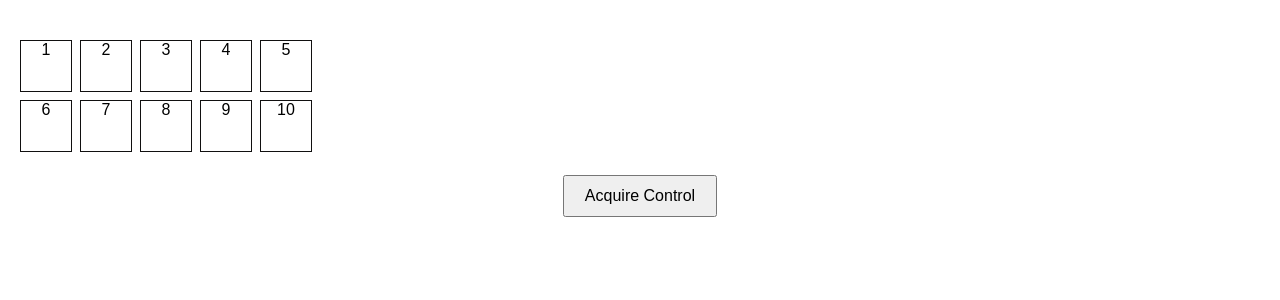
Repository: sahelipaul17/appYogi
Page: public/index.html
An editor plug-in stored every save of this project. The page is shown before and after the next save, followed by the edit.
The browser window is 1280 px wide. The pictures show the whole page.

Above is the page before, as saved 2023-07-28 09:42:28.

### public/index.html
<!DOCTYPE html>
<html lang="en">
<head>
  <meta charset="UTF-8">
  <meta name="viewport" content="width=device-width, initial-scale=1.0">
  <title>Remote Keyboard</title>
  <link rel="stylesheet" href="styles.css">
</head>
<body>
  <div class="keyboard">
    <div class="key" id="key1">1</div>
    <div class="key" id="key2">2</div>
    <div class="key" id="key3">3</div>
    <div class="key" id="key4">4</div>
    <div class="key" id="key5">5</div>
    <div class="key" id="key6">6</div>
    <div class="key" id="key7">7</div>
    <div class="key" id="key8">8</div>
    <div class="key" id="key9">9</div>
    <div class="key" id="key10">10</div>
  </div>
  <button id="acquireControlBtn">Acquire Control</button>
  <button id="releaseControlBtn" disabled>Release Control</button>

  <script src="https://code.jquery.com/jquery-3.6.0.min.js"></script>
  <script src="app.js"></script>
</body>
</html>

### public/styles.css
body {
    font-family: Arial, sans-serif;
    margin: 0;
    padding: 20px;
    text-align: center;
  }

  .keyboard {
    display: grid;
    grid-template-columns: repeat(5, 50px);
    grid-template-rows: repeat(2, 50px);
    gap: 10px;
    margin: 20px auto;
  }

  .key {
    width: 50px;
    height: 50px;
    background-color: white;
    border: 1px solid #111010;
    cursor: pointer;
    text-align: center;
  }

  .key.lit {
    background-color: red; /* Change to yellow for user 2 */
  }

  button {
    margin: 5px;
    padding: 10px 20px;
    font-size: 16px;
    cursor: pointer;
  }

  #releaseControlBtn {
    display: none; /* Hide the Release Control button initially */
  }

### public/app.js
$(document).ready(() => {
    const user = getUserFromQuery(); // Get the user from the query string
    let controlAcquired = false;

    // Function to get the user from the query string
    function getUserFromQuery() {
      const urlParams = new URLSearchParams(window.location.search);
      return urlParams.get('user');
    }

    // Function to handle acquiring control
    function acquireControl() {
      if (controlAcquired) return;
      $.post('/acquire-control', { user }, (data) => {
        if (data.success) {
          controlAcquired = true;
          $('#acquireControlBtn').prop('disabled', true);
          $('#releaseControlBtn').prop('disabled', false);
          pollServer();
        } else {
          console.log('Failed to acquire control. Control is currently held by another user.');
        }
      });
    }

    // Function to handle releasing control
    function releaseControl() {
      if (!controlAcquired) return;
      $.post('/acquire-control', { user: null }, (data) => {
        if (data.success) {
          controlAcquired = false;
          $('#acquireControlBtn').prop('disabled', false);
          $('#releaseControlBtn').prop('disabled', true);
        } else {
          console.log('Failed to release control. Something went wrong.');
        }
      });
    }

    // Function to update key state on the server
    function updateKeyState(key, state) {
      $.post('/update-key-state', { user, key, state }, (data) => {
        if (!data.success) {
          console.log('Failed to update key state. Make sure you have control.');
        }
      });
    }

    // Function to handle key click events
    function handleKeyClick(event) {
      const key = event.target.id;
      const currentState = $(event.target).hasClass('lit');

      if (currentState) {
        // Turn off the key
        updateKeyState(key, false);
      } else {
        // Turn on the key
        updateKeyState(key, true);
      }
    }

    // Function to handle keyboard click events
    function handleKeyboardClick(event) {
      if (controlAcquired) {
        handleKeyClick(event);
      } else {
        console.log('You need to acquire control first.');
      }
    }

    // Function to update the keyboard state based on the server response
    function updateKeyboardState(state) {
      // Loop through each key and update its state
      $('.key').each((index, element) => {
        const key = element.id;
        const isLit = state[key];
        if (isLit) {
          $(element).addClass('lit');
        } else {
          $(element).removeClass('lit');
        }
      });
    }

    // Attach click event listener to the keyboard
    $('.keyboard').on('click', '.key', handleKeyboardClick);

    // Periodically poll the server to update the keyboard state
    function pollServer() {
      // Send an Ajax request to the server to get the keyboard state
      $.get('/get-keyboard-state', (data) => {
        updateKeyboardState(data);
      });
    }

    // Button to acquire control
    $('#acquireControlBtn').click(acquireControl);

    // Button to release control
    $('#releaseControlBtn').click(releaseControl);
  });

After the next save:
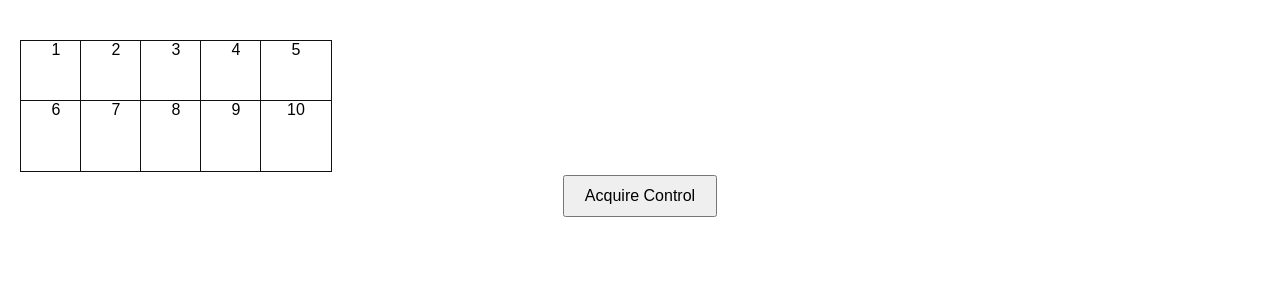
Saved 30 s later.
--- a/public/styles.css
+++ b/public/styles.css
@@ -14,8 +14,8 @@ body {
   }
 
   .key {
-    width: 50px;
-    height: 50px;
+    width: 70px;
+    height: 70px;
     background-color: white;
     border: 1px solid #111010;
     cursor: pointer;
